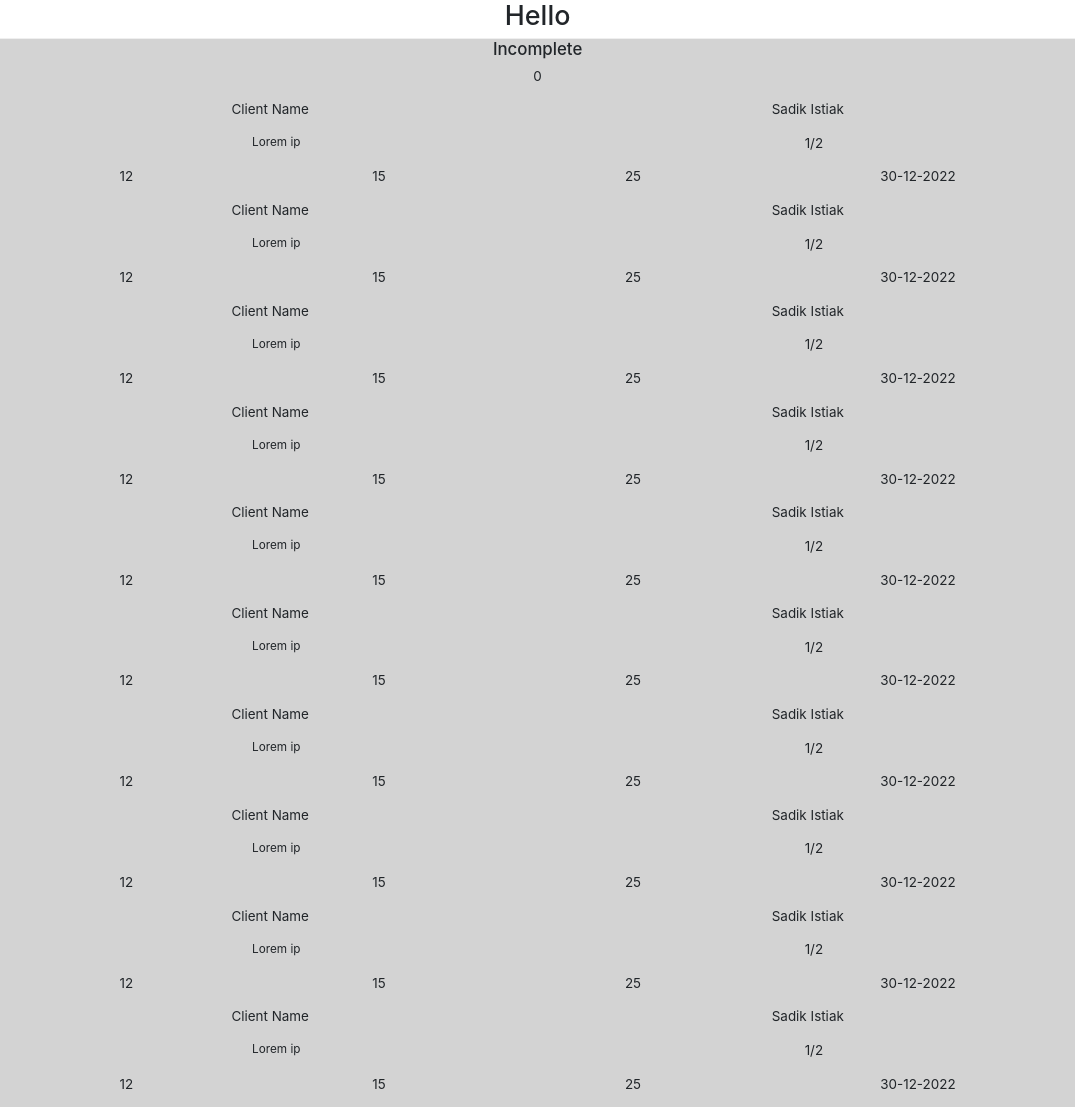
Repository: Sharif-00112/dashboard-task-frontend
Page: /
The author's editor kept a copy of each file at every save. The page is drawn from the files as they stood at one save, then again after the next save.
The browser window is 1280 px wide. The pictures show the whole page, at 84% of full size.
The project was rebuilt for these pictures with package versions that can differ from the ones it lists, and the page was loaded fresh each time.

Above is the page before, as saved 2023-01-27 23:43:23.

After the next save:
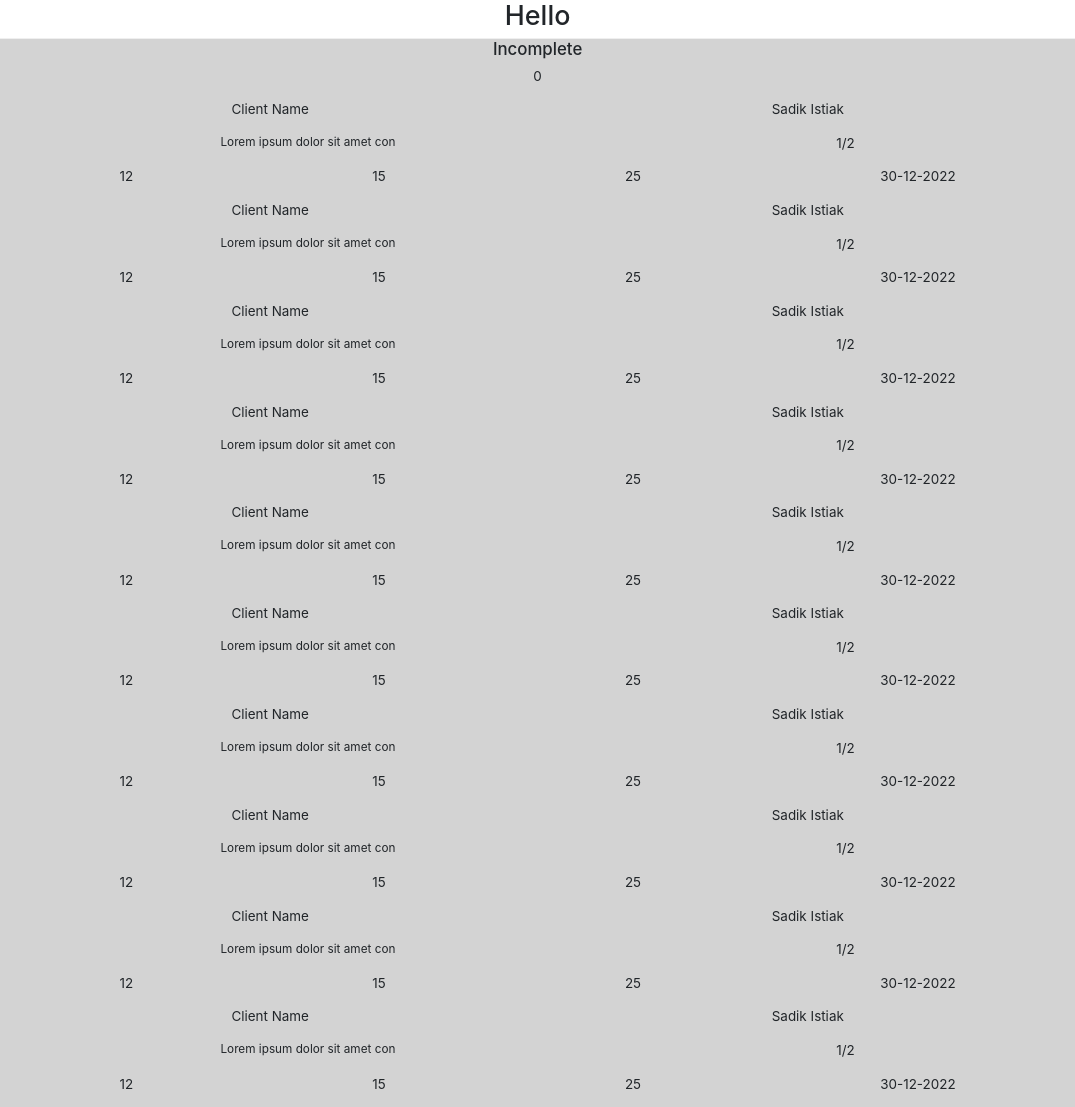
Saved 26 s later.
--- a/src/Components/Task.js
+++ b/src/Components/Task.js
@@ -9,7 +9,7 @@ const Task = (props) => {
                 <p>{supervisorName}</p>
             </div>
             <div className="task-part">
-                <small>{taskSummary.substring(0,8)}</small>
+                <small>{taskSummary.substring(0,30)}</small>
                 <p>{progress}</p>
             </div>
             <div className="task-part">
